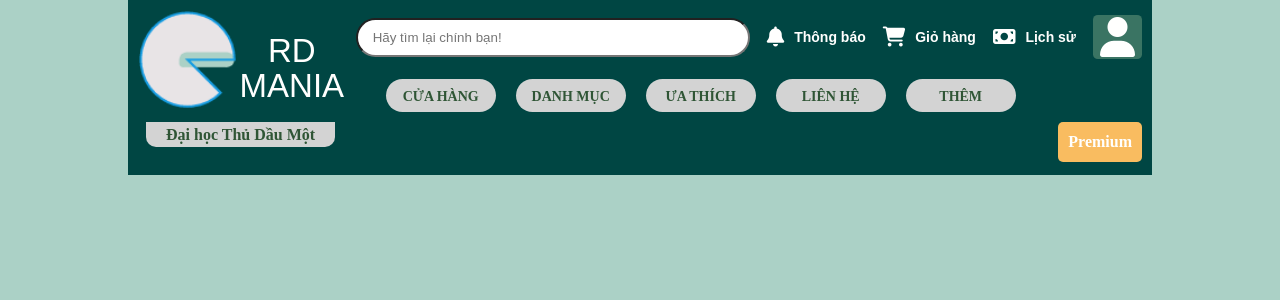
Repository: BinhTeach/rdmania
Page: Html/main.html
These files come from the project's save history. The page is drawn as it stood at one moment and after the next save; the edit follows.
The browser window is 1280 px wide. The pictures show the whole page.
Some web fonts or font styles are not loaded; a fallback is used. Some web libraries are served in a nearby version.

Above is the page before, as saved 2024-03-01 00:36:48.

### Html/main.html
<!DOCTYPE html>
<html lang="en">
<head>
    <meta charset="UTF-8">
    <meta name="viewport" content="width=device-width, initial-scale=1.0">
    <title>RDMania Store</title>
    <link rel="stylesheet" href="../Css/styles.css">
    <script src="https://kit.fontawesome.com/45c2fe20a1.js" crossorigin="anonymous"></script>
    <link rel="shortcut icon" type="image/png" href="../Image/logo.png">
    <script src="../Script/main.js"></script>
    <link href="https://fonts.cdnfonts.com/css/algeria" rel="stylesheet">
</head>
<body>
     <div id="header">
          <div class="header--container">
               <img onclick="appearMenu()" src="../Image/logo.png" alt="">
               <div class="header__title--logo">RD MANIA</div>
               <nav>
                    <ul class="header__nav header__nav--up">
                         <li>
                              <input class="header__nav--find" type="text" placeholder="Hãy tìm lại chính bạn!">
                         </li>
                         <li class="header__nav--icon"><i class="fa-solid fa-bell"></i></li>
                         <li class="header__nav--titleSymbol">Thông báo</li>
                         <li class="header__nav--icon"><i class="fa-solid fa-cart-shopping"></i></i></li>
                         <li class="header__nav--titleSymbol">Giỏ hàng</li>
                         <li class="header__nav--icon " name="history-bill"><i class="fa-solid fa-money-bill"></i></li>
                         <li class="header__nav--titleSymbol">Lịch sử</li>
                         <li class="header__nav--icon fa-user--up" name='user'><i class="fa-solid fa-user"></i></li>
                    </ul>
                    <ul class="header__nav--center">
                         <li class="header__nav--menu"><a href="">Cửa hàng</a></li>
                         <li onClick="sideBar_appear()" class="header__nav--menu"><a href="">Danh mục</a>
                              <div id="sideBar__hidden">
                                   <details class="sideBar__Menu">
                                        <summary>Thắt lưng Rider</summary>
                                        <ul class="sideBar__dropList">
                                             <li class="siedeBar__dropList--sub"><a href="">Dx</a></li>
                                             <li class="siedeBar__dropList--sub"><a href="">Csm</a></li>
                                        </ul>
                                   </details>
                         `    </div>
                         </li>
                         <li class="header__nav--menu"><a href="">Ưa thích</a></li>
                         <li class="header__nav--menu"><a href="">Liên hệ</a></li>
                         <li class="header__nav--menu"><a href="">Thêm</a></li>
                    </ul>
               </nav>
          </div>
          <ul class="header__nav--down">
               <li class="header__nav--address">Đại học Thủ Dầu Một</li>
               <li class="header__nav--premium">Premium</li>
          </ul>
     </div>
</body>
<script>
     var bl = false;
     window.addEventListener('load', function(){
          if(innerWidth < 768 && bl === false){
               appearMenu();
               bl = true;
          }
          window.addEventListener('resize', function(){
               if(innerWidth < 768 && bl === false){
               appearMenu();
               bl = true;
          }
          })

     })
     function appearMenu() {
  var parentElement = document.getElementsByClassName('header--container')[0];
  var newDiv = document.createElement('div');
  parentElement.appendChild(newDiv);
  newDiv.classList.add('iconMenu');
  newDiv.innerHTML = '&#9776;';
  newDiv.id = "newMenu";
  newDiv.addEventListener('click', clickMenu);
  document.documentElement.style.setProperty('--set-Width', window.innerWidth + 'px');
     var element = document.getElementsByClassName('header__nav--icon')[0];
     }
function clickMenu() {
  let clickMenu = document.getElementsByClassName('header__nav--icon');
  for(let element of clickMenu){
     element.style.display = 'block';
  }
  let noneMenu = document.getElementsByClassName('iconMenu')[0];
  noneMenu.style.display ='none';
  let userUp = document.getElementsByClassName('header__nav--icon')[3];
  userUp.classList.add('fa-user--up');
}
function sideBar_appear(){
     var appear = document.getElementById('sideBar__hidden');
     appear.removeAttribute("display");
}

</script>
</html>

### Css/styles.css
*{
    margin:0px;
    padding: 0px;
}
@import url('https://fonts.cdnfonts.com/css/algeria');
ul{
    list-style: none;
}
@media screen and (max-width: 767.89px) {
    .header--container img{
        margin-left:-5px;
    }
    .header__title--logo{
        position: absolute;
        top:25px;
        left:110px;
    }
    nav ul li{
        display:none;
    }

    .header__nav--icon{
        margin-top: 70px;
    }
    #header{
        margin-top:10px;
        height: 130px;
        display:flex;
        flex-direction: column;
        align-items: start;
    }
    .header__nav--up{
        height: 100px;
        width: 100%;
        display: none;
    }
    .header__nav--down{
        position:absolute;
        flex-direction: start;
        top: 160px;
        align-items: center;
    }
    .header__nav--down li{
        margin-left: 15px;
        margin-top: -7px;
    }
    .header__nav--down li:nth-child(2){
        margin-left: 50px;
    }
    .header__nav--up{
        position: fixed;
        left:110px;
        top:5px;
    }
    .fa-user--up{
        position:fixed;
        top: -50px;
        right: 5px;
        font-size: 100px;
    }
    .header__nav--premium{
        position: fixed;
        right:0;
        top:130px;
    }
    .header__nav--address{
        border-radius:10px;
        position: absolute;
        top:-10px;
        left: 20px;
        white-space:nowrap;
    }
}
.iconMenu{
    font-size: 30px;
    color:white;
    display: flex;
    padding-top: 5px;
    align-items: center;
    cursor:pointer;
    position: absolute;
    left: 300px;
    top: 58px;
}
@media screen and (min-width: 768px) and (max-width:1023.98px) {
    #header{
        max-width: 100vw;
    }
    .header--container img{
        margin-left:10px;
        margin-top:30px;
        position: relative;
        left:0;
        top:15px;
    }
    .header__title--logo{
        margin-top: 10px;
        white-space: wrap;
        text-wrap: wrap;
        flex:0.5;
    }
    nav{
        justify-content: end;
        margin-top:20px;
        flex:2;
    }
    .fa-user--up{
        position: fixed;
        margin-right: 5px;
        font-size: 100px;
        right:0;
    }
    .header__nav--premium{
        margin-top: 0px;
    }
    .header__nav--address{
        margin-top:10px;
        border-top-right-radius:10px;
    }
    nav ul.header__nav--up li input,.header__nav--menu:nth-child(3), .header__nav--menu:nth-child(5){
        display:none;
    }
    .header__nav--icon, .header__nav--menu{
        margin-left: 20px;
    }
    .iconMenu{
        display: none;
    }
}
@media screen and (min-width: 1024px) {
    .iconMenu{
        display: none;
    }
}
body{
    background-color: #ABD1C6;
    color: #fffffe;
}

#header{
    position:fixed;
    top:0;
    left: 0;
    right: 0;
    margin: 0 auto;
    width: 1024px;
    background-color: #004643;
    height: 175px;
}
.header--container{
    display: flex;
}
.header--container img{
    border-radius: 100%;
    margin-left: 10px;
    margin-top: 10px;
    width: 100px;
    height: 100px;
}
nav{
    display:flex;
    flex-direction: column;
}
.header__title--logo{
    font-family: 'Algeria', sans-serif;
    align-self: center;
    font-size: 33px;
    text-align: center;
    padding-top: 15px;
    line-height: 1.05;
    wrap
}
.header__nav{
    display:flex;
    flex-direction: row;
    padding: 5px;
    align-items: center;
}
.header__nav--up{
    padding-top:10px;
}
.header__nav>li{
    padding:5px;
    text-wrap:nowrap;
}
.header__nav li:nth-child(even){
    padding-left: 12px;
}
.header__nav--find{
    border-radius: 30px;
    flex: 1;
    width: 390px;
    height: 35px;
}
.header__nav--find::placeholder{
    padding-left: 15px;
    font-family: Arial, Helvetica, sans-serif;
}
.header__nav--icon{
    font-size:20px;
    cursor:pointer;
}
.header__nav--titleSymbol{
    font-family: Arial, Helvetica, sans-serif;
    font-size: 14px;
    cursor:pointer;
    font-weight: 700;
}
.fa-user{
    font-size: 40px;
    background-color: #3a7463;
    padding: 2px 7px;
    border-radius: 10%;
}
.header__nav--center{
    display:flex;
}

.header__nav--menu:nth-child(1){
    margin-left: 40px;
}
.header__nav--menu a{
    text-decoration: none;
    text-transform: uppercase;
    font-size: 14px;
    font-weight: 600;
    color: #2f5535;
    display: flex;
    align-items: center;
    justify-content: center;
    position: relative;
}

.header__nav--down{
    display:flex;
    justify-content: space-between;
}
.header__nav--address{
    padding: 0 20px;
    border-bottom-left-radius: 10px;
    border-bottom-right-radius: 10px;
    background-color: #D3D3D3;
    color:#2f5535;
    height: 25px;
    display: flex;
    align-items: center;
    font-weight: 600;
    margin-left: 18px;
}
.header__nav--premium{
    height:40px;
    background-color: #F9BC60;
    color: #fffffe;
    font-weight: 600;
    margin-right:10px;
    padding:0 10px;
    display:flex;
    align-items: center;
    justify-content: center;
    border-radius: 5px;
    cursor:cell;
}
.header__nav--menu{
    padding: 0 15px;
    padding-top: 10px;
    border-radius: 30px;
    background-color:#D3D3D3;
    width: 80px;
    height: 23px;
    text-align:center;
    margin:10px;

}
.header__nav--menu:nth-child(2){
    position: relative;
}
#sideBar__appear{
    display:block;
}
#sideBar__hidden{
    display:none;
    position: absolute;
}
.sideBar__Menu{

}
.sideBar__dropList{

}
.siedeBar__dropList--sub{

}

### Script/main.js
var S = 'xin chào bạn';
S.slice(4);
console.log(S.charAt(2, 5));

After the next save:
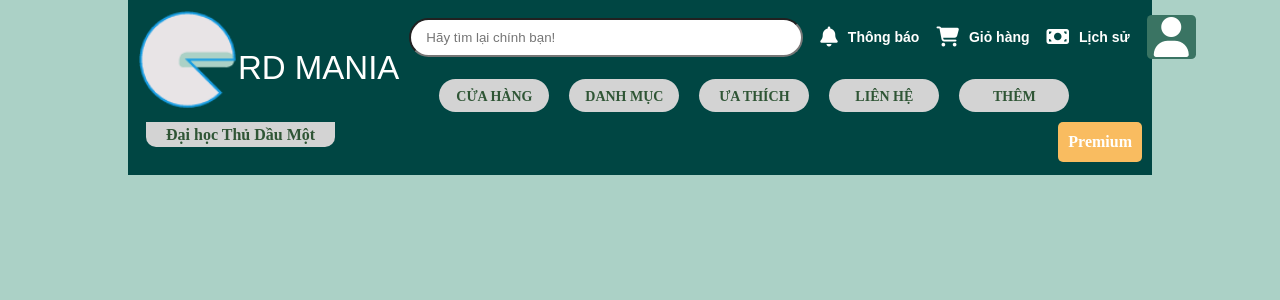
Saved 5 s later.
--- a/Css/styles.css
+++ b/Css/styles.css
@@ -168,7 +168,7 @@
     text-align: center;
     padding-top: 15px;
     line-height: 1.05;
-    wrap
+    white-space: nowrap;
 }
 .header__nav{
     display:flex;

After the save that followed:
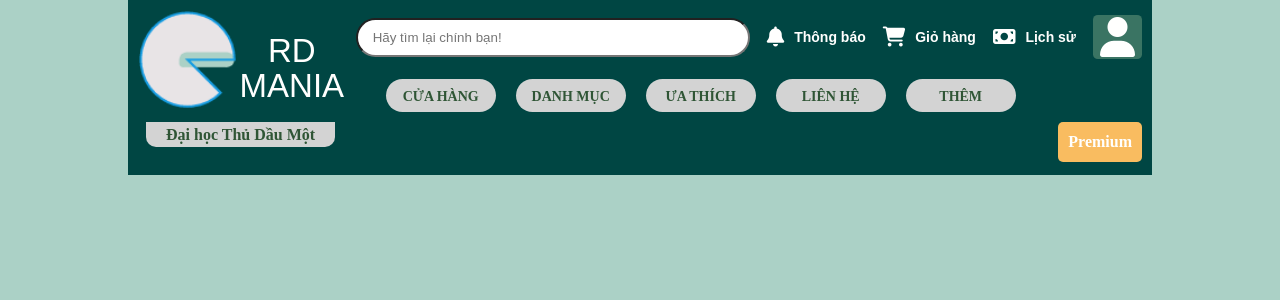
Saved 11 s later.
--- a/Css/styles.css
+++ b/Css/styles.css
@@ -168,7 +168,7 @@
     text-align: center;
     padding-top: 15px;
     line-height: 1.05;
-    white-space: nowrap;
+    white-space: wrap;
 }
 .header__nav{
     display:flex;
